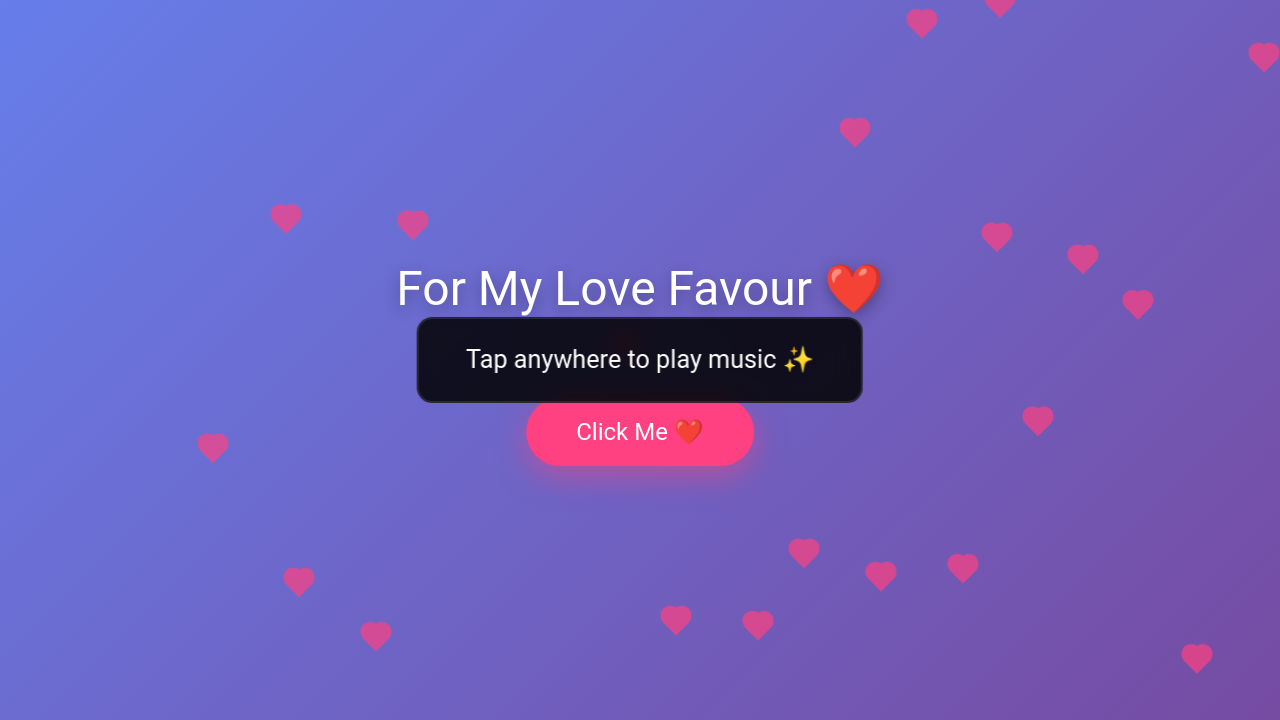
Repository: Madgerald-09/Something
Page: index.html
These files come from the project's save history. The page is drawn as it stood at one moment and after the next save; the edit follows.
The browser window is 1280 px wide. The pictures show the whole page.

Above is the page before, as saved 2025-12-09 01:54:09.

### index.html
<!DOCTYPE html>
<html lang="en">
  <head>
    <meta charset="UTF-8" />
    <meta name="viewport" content="width=device-width, initial-scale=1.0, maximum-scale=1.5, minimum-scale=0.5" />
    <title>❤️ For You</title>
    <link rel="stylesheet" href="styles/main.css" />
    <style>
      /* Android Optimizations */
      * {
        -webkit-tap-highlight-color: transparent;
        -webkit-text-size-adjust: 150%; /* Allow 150% zoom */
        touch-action: manipulation;
      }

      body {
        margin: 0;
        padding: 0;
        overflow: hidden;
        font-family: 'Roboto', Arial, sans-serif;
        background: #000;
        height: 100vh;
        width: 100vw;
      }

      .click-message {
        position: fixed;
        top: 50%;
        left: 50%;
        transform: translate(-50%, -50%);
        color: white;
        font-size: 24px;
        text-align: center;
        background: rgba(0, 0, 0, 0.85);
        padding: 25px 45px;
        border-radius: 15px;
        z-index: 1000;
        animation: pulse 2s infinite;
        backdrop-filter: blur(10px);
        -webkit-backdrop-filter: blur(10px);
        border: 2px solid rgba(255, 255, 255, 0.1);
        max-width: 85%;
        min-width: 280px;
        box-sizing: border-box;
      }

      @keyframes pulse {
        0% {
          opacity: 0.7;
          transform: translate(-50%, -50%) scale(1);
        }
        50% {
          opacity: 1;
          transform: translate(-50%, -50%) scale(1.05);
        }
        100% {
          opacity: 0.7;
          transform: translate(-50%, -50%) scale(1);
        }
      }

      /* Android Media Queries */
      @media screen and (max-width: 768px) {
        .click-message {
          font-size: 20px;
          padding: 20px 35px;
          min-width: 240px;
        }
      }

      @media screen and (max-width: 480px) {
        .click-message {
          font-size: 18px;
          padding: 18px 30px;
          min-width: 220px;
        }
      }

      @media screen and (max-width: 360px) {
        .click-message {
          font-size: 16px;
          padding: 16px 25px;
          min-width: 200px;
        }
      }

      /* 150% zoom support */
      @media screen and (min-resolution: 150dpi) {
        .click-message {
          font-size: 22px;
        }
      }

      /* Safe area for notched phones */
      @supports (padding: max(0px)) {
        body {
          padding: max(0px, env(safe-area-inset-top))
                   max(0px, env(safe-area-inset-right))
                   max(0px, env(safe-area-inset-bottom))
                   max(0px, env(safe-area-inset-left));
        }
      }
    </style>
  </head>
  <body>
    <div class="wallpaper"></div>
    <div class="content">
      <div class="bg_heart">
        <div class="message">For My Love Favour ❤️</div>
        <a href="love.html" class="next-button">Click Me ❤️</a>
      </div>
    </div>

    <audio id="backgroundMusic" loop>
      <source src="assets/blue.mp3" type="audio/mpeg" />
      Your browser does not support audio
    </audio>

    <div class="click-message">Tap anywhere to play music ✨</div>

    <script src="https://code.jquery.com/jquery-3.6.0.min.js"></script>
    <script src="script/main.js"></script>

    <script>
      document.addEventListener("DOMContentLoaded", function () {
        const music = document.getElementById("backgroundMusic");
        const message = document.querySelector(".click-message");

        // Android detection
        const isAndroid = /android/i.test(navigator.userAgent);

        // Set volume for Android
        music.volume = isAndroid ? 0.8 : 0.7;

        // Save that music should play on next page
        music.addEventListener("play", () => {
          localStorage.setItem("musicShouldPlay", "true");
          localStorage.setItem("musicTime", music.currentTime);
          message.style.display = "none";
        });

        // Start music on first click
        document.addEventListener("click", function startMusic() {
          music.play().catch((e) => {
            console.log("Waiting for user interaction...");
            // Show retry message for Android
            if (isAndroid) {
              message.textContent = "Tap again to play music ✨";
              message.style.background = "rgba(255, 64, 129, 0.9)";
            }
          });
          document.removeEventListener("click", startMusic);
        });

        // Also support touch events for Android
        document.addEventListener("touchstart", function startMusicTouch(e) {
          music.play().catch((e) => {
            console.log("Touch interaction...");
          });
          document.removeEventListener("touchstart", startMusicTouch);
        });

        // Auto-hide message after 5 seconds
        setTimeout(() => {
          message.style.opacity = "0";
          message.style.transition = "opacity 1s ease";
          setTimeout(() => {
            message.style.display = "none";
          }, 1000);
        }, 5000);

        // Handle Android back button
        if (isAndroid) {
          history.pushState(null, null, location.href);
          window.onpopstate = function(event) {
            history.go(1);
          };
        }
      });
    </script>
  </body>
</html>

### styles/main.css
body, html {
    margin: 0;
    padding: 0;
    width: 100%;
    height: 100%;
    overflow: hidden;
    font-family: 'Arial', sans-serif;
}

.wallpaper {
    position: fixed;
    top: 0;
    left: 0;
    width: 100%;
    height: 100%;
    background: linear-gradient(135deg, #667eea 0%, #764ba2 100%);
    z-index: -1;
}

.content {
    display: flex;
    justify-content: center;
    align-items: center;
    height: 100vh;
}

.bg_heart {
    position: relative;
    width: 100%;
    height: 100%;
}

.message {
    position: absolute;
    top: 40%;
    left: 50%;
    transform: translate(-50%, -50%);
    color: white;
    font-size: 48px;
    text-align: center;
    text-shadow: 0 5px 15px rgba(0, 0, 0, 0.3);
    animation: fadeIn 2s ease-out;
}

@keyframes fadeIn {
    from { opacity: 0; transform: translate(-50%, -40%); }
    to { opacity: 1; transform: translate(-50%, -50%); }
}

.next-button {
    position: absolute;
    top: 60%;
    left: 50%;
    transform: translate(-50%, -50%);
    background: #ff4081;
    color: white;
    padding: 20px 50px;
    font-size: 24px;
    text-decoration: none;
    border-radius: 50px;
    border: none;
    cursor: pointer;
    transition: all 0.3s ease;
    box-shadow: 0 5px 15px rgba(255, 64, 129, 0.3);
    animation: pulseButton 2s infinite;
}

@keyframes pulseButton {
    0% { box-shadow: 0 5px 15px rgba(255, 64, 129, 0.3); }
    50% { box-shadow: 0 10px 30px rgba(255, 64, 129, 0.5); }
    100% { box-shadow: 0 5px 15px rgba(255, 64, 129, 0.3); }
}

.next-button:hover {
    background: #f50057;
    transform: translate(-50%, -50%) scale(1.05);
}

### script/main.js
$(document).ready(function() {
    // Android detection
    const isAndroid = /android/i.test(navigator.userAgent);

    // Heart animation for main page
    function createHearts() {
        const heartCount = isAndroid ? 15 : 20; // Fewer hearts for Android performance
        const $bgHeart = $('.bg_heart');

        // Clear existing hearts
        $bgHeart.find('.heart').remove();

        for (let i = 0; i < heartCount; i++) {
            const heart = $('<div class="heart"></div>');
            $bgHeart.append(heart);

            // Random position
            const posX = Math.random() * 100;
            const posY = Math.random() * 100;

            // Random size (smaller for Android)
            const size = isAndroid ? (Math.random() * 0.5 + 0.3) : (Math.random() * 0.7 + 0.3);

            // Random animation duration (slower for Android)
            const duration = isAndroid ? (Math.random() * 7 + 7) : (Math.random() * 5 + 5);

            // Apply styles
            heart.css({
                left: posX + 'vw',
                top: posY + 'vh',
                transform: 'scale(' + size + ') rotate(45deg)',
                animation: 'float ' + duration + 's ease-in-out infinite',
                animationDelay: (Math.random() * 5) + 's',
                opacity: isAndroid ? 0.6 : 0.7
            });
        }
    }

    // Create floating hearts
    createHearts();

    // Recreate hearts on resize for Android
    let resizeTimeout;
    $(window).on('resize', function() {
        clearTimeout(resizeTimeout);
        resizeTimeout = setTimeout(createHearts, 250);
    });

    // Button hover effect
    $('.next-button').on('touchstart mouseenter', function() {
        $(this).css({
            transform: 'scale(1.1)',
            boxShadow: '0 10px 30px rgba(255, 64, 129, 0.5)'
        });
    }).on('touchend mouseleave', function() {
        $(this).css({
            transform: 'scale(1)',
            boxShadow: '0 5px 15px rgba(255, 64, 129, 0.3)'
        });
    });

    // Add CSS for hearts with Android optimizations
    $('<style>').text(`
        .heart {
            position: absolute;
            background: #ff4081;
            width: ${isAndroid ? '16px' : '20px'};
            height: ${isAndroid ? '16px' : '20px'};
            opacity: 0.7;
            z-index: 1;
        }
        .heart:before,
        .heart:after {
            content: '';
            position: absolute;
            width: ${isAndroid ? '16px' : '20px'};
            height: ${isAndroid ? '16px' : '20px'};
            background: #ff4081;
            border-radius: 50%;
        }
        .heart:before {
            top: -8px;
            left: 0;
        }
        .heart:after {
            top: 0;
            left: -8px;
        }
        @keyframes float {
            0%, 100% {
                transform: translateY(0) rotate(45deg) scale(var(--scale, 1));
            }
            50% {
                transform: translateY(${isAndroid ? '-15px' : '-20px'}) rotate(45deg) scale(var(--scale, 1));
            }
        }

        /* Android performance optimizations */
        @media (prefers-reduced-motion: reduce) {
            .heart {
                animation: none !important;
            }
        }
    `).appendTo('head');

    // Handle Android orientation changes
    if (isAndroid) {
        window.addEventListener('orientationchange', function() {
            setTimeout(createHearts, 300);
        });
    }
});

After the next save:
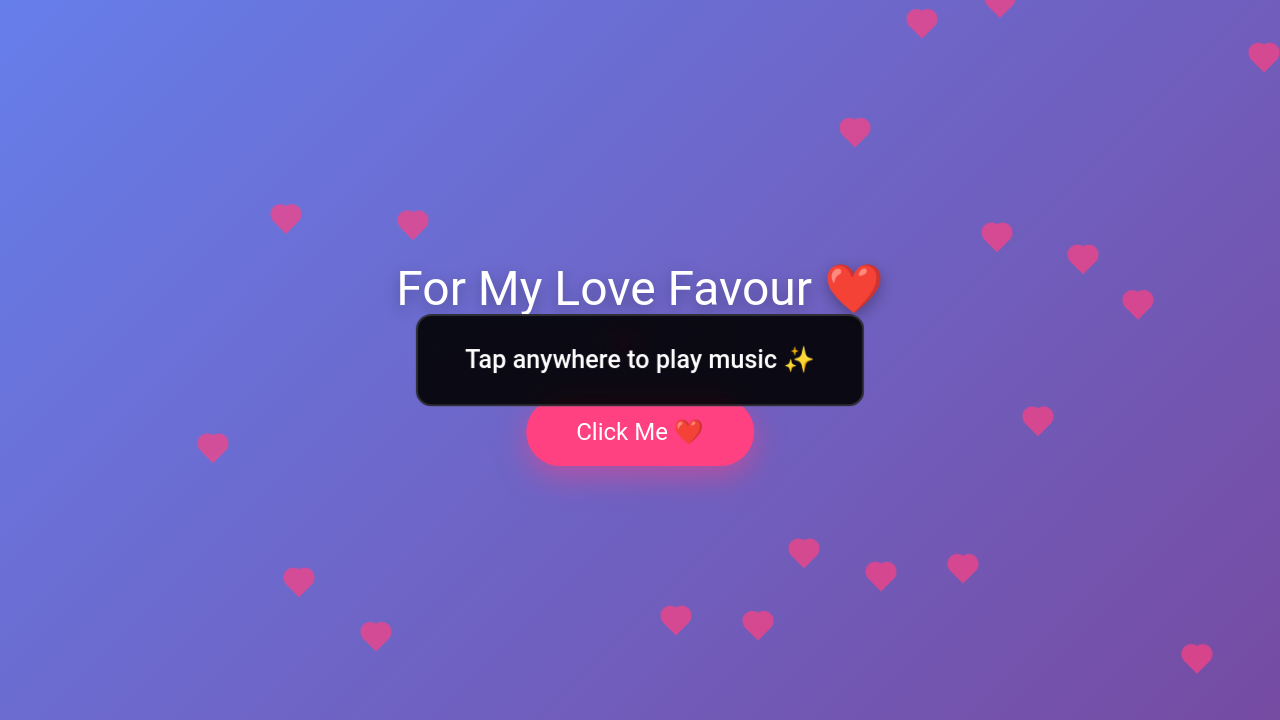
Saved 4 min 30 s later.
--- a/index.html
+++ b/index.html
@@ -6,10 +6,10 @@
     <title>❤️ For You</title>
     <link rel="stylesheet" href="styles/main.css" />
     <style>
-      /* Android Optimizations */
+      /* Reset and base styles */
       * {
         -webkit-tap-highlight-color: transparent;
-        -webkit-text-size-adjust: 150%; /* Allow 150% zoom */
+        -webkit-text-size-adjust: 100%;
         touch-action: manipulation;
       }
 
@@ -31,17 +31,19 @@
         color: white;
         font-size: 24px;
         text-align: center;
-        background: rgba(0, 0, 0, 0.85);
+        background: rgba(0, 0, 0, 0.9);
         padding: 25px 45px;
         border-radius: 15px;
         z-index: 1000;
         animation: pulse 2s infinite;
         backdrop-filter: blur(10px);
         -webkit-backdrop-filter: blur(10px);
-        border: 2px solid rgba(255, 255, 255, 0.1);
-        max-width: 85%;
-        min-width: 280px;
+        border: 2px solid rgba(255, 255, 255, 0.15);
+        max-width: 90%;
+        min-width: 260px;
         box-sizing: border-box;
+        line-height: 1.4;
+        font-weight: 500;
       }
 
       @keyframes pulse {
@@ -59,45 +61,51 @@
         }
       }
 
-      /* Android Media Queries */
-      @media screen and (max-width: 768px) {
+      /* 🔴 SINGLE ANDROID BREAKPOINT */
+      @media only screen and (max-width: 600px) {
         .click-message {
           font-size: 20px;
           padding: 20px 35px;
-          min-width: 240px;
+          min-width: 220px;
+          border-width: 1.5px;
         }
       }
 
-      @media screen and (max-width: 480px) {
+      /* 📱 Small Mobile Phones */
+      @media only screen and (max-width: 480px) {
         .click-message {
           font-size: 18px;
           padding: 18px 30px;
-          min-width: 220px;
-        }
-      }
-
-      @media screen and (max-width: 360px) {
-        .click-message {
-          font-size: 16px;
-          padding: 16px 25px;
           min-width: 200px;
         }
       }
 
-      /* 150% zoom support */
-      @media screen and (min-resolution: 150dpi) {
+      /* 📱 Very Small Mobile Phones */
+      @media only screen and (max-width: 360px) {
         .click-message {
-          font-size: 22px;
+          font-size: 16px;
+          padding: 16px 25px;
+          min-width: 180px;
+          border-radius: 12px;
+        }
+      }
+
+      /* Landscape mode */
+      @media only screen and (max-height: 500px) and (orientation: landscape) {
+        .click-message {
+          font-size: 16px;
+          padding: 14px 22px;
+          min-width: 180px;
         }
       }
 
       /* Safe area for notched phones */
       @supports (padding: max(0px)) {
         body {
-          padding: max(0px, env(safe-area-inset-top))
-                   max(0px, env(safe-area-inset-right))
-                   max(0px, env(safe-area-inset-bottom))
-                   max(0px, env(safe-area-inset-left));
+          padding-top: max(0px, env(safe-area-inset-top));
+          padding-bottom: max(0px, env(safe-area-inset-bottom));
+          padding-left: max(0px, env(safe-area-inset-left));
+          padding-right: max(0px, env(safe-area-inset-right));
         }
       }
     </style>
@@ -139,26 +147,21 @@
           message.style.display = "none";
         });
 
-        // Start music on first click
-        document.addEventListener("click", function startMusic() {
+        // Start music on first click/touch
+        function startMusic() {
           music.play().catch((e) => {
             console.log("Waiting for user interaction...");
-            // Show retry message for Android
             if (isAndroid) {
               message.textContent = "Tap again to play music ✨";
               message.style.background = "rgba(255, 64, 129, 0.9)";
             }
           });
           document.removeEventListener("click", startMusic);
-        });
+          document.removeEventListener("touchstart", startMusic);
+        }
 
-        // Also support touch events for Android
-        document.addEventListener("touchstart", function startMusicTouch(e) {
-          music.play().catch((e) => {
-            console.log("Touch interaction...");
-          });
-          document.removeEventListener("touchstart", startMusicTouch);
-        });
+        document.addEventListener("click", startMusic);
+        document.addEventListener("touchstart", startMusic);
 
         // Auto-hide message after 5 seconds
         setTimeout(() => {
